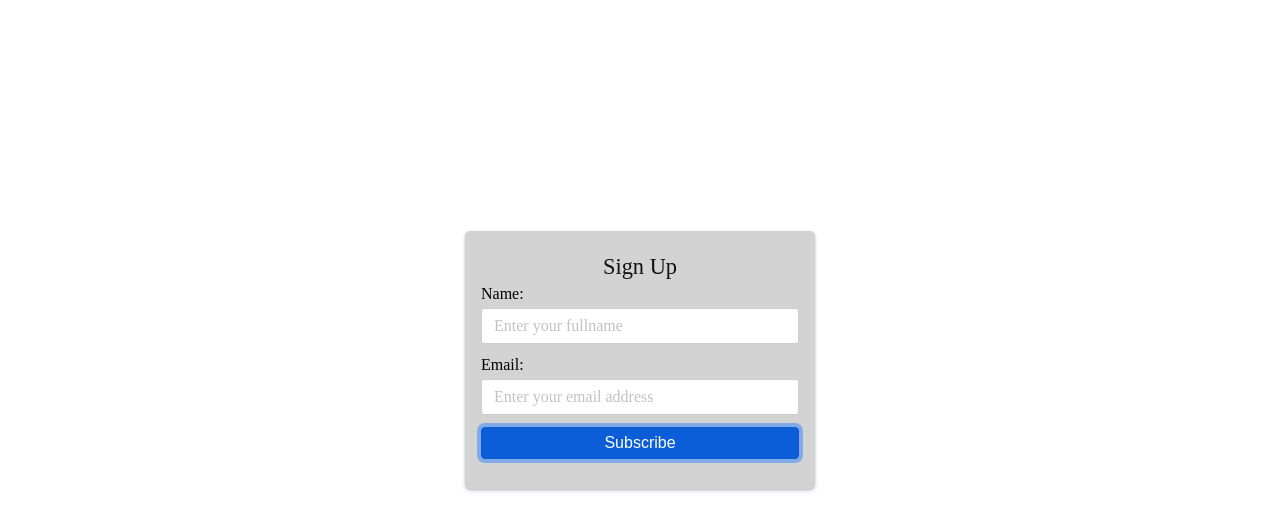
Repository: HoangDuy315/web-dev2022
Page: hw151022/ex2/ex2.2/index.html
An editor plug-in stored every save of this project. The page is shown before and after the next save, followed by the edit.
The browser window is 1280 px wide. The pictures show the whole page.
The first visible `button` has the focus.

Above is the page before, as saved 2022-10-15 15:07:03.

After the next save:
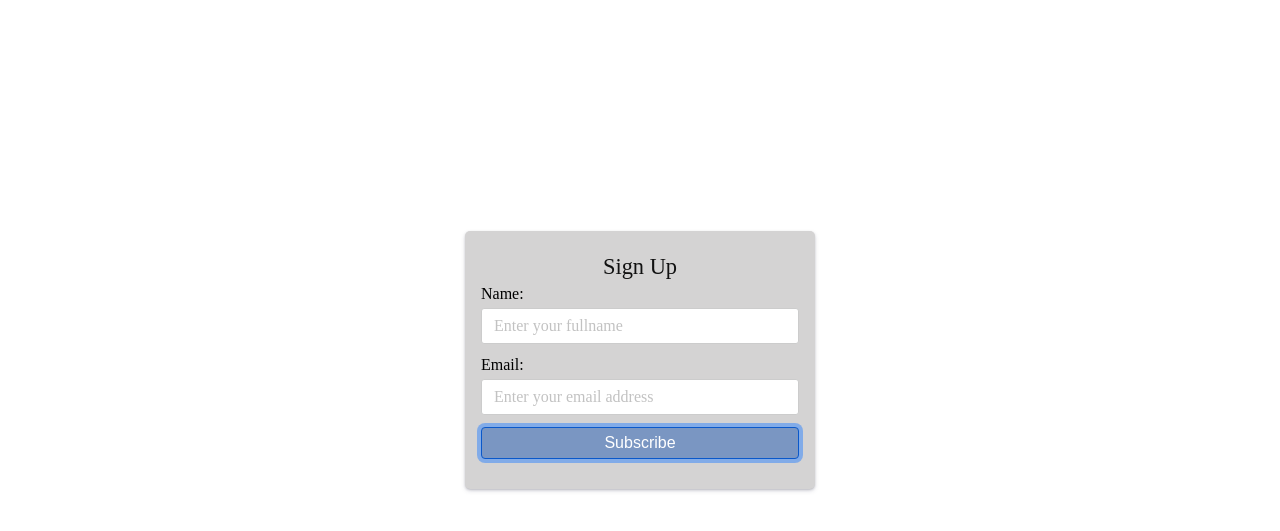
Saved 7 s later.
--- a/hw151022/ex2/ex2.2/index.css
+++ b/hw151022/ex2/ex2.2/index.css
@@ -130,7 +130,7 @@ button:hover {
 button:focus {
   outline: none;
   color: #fff;
-  background-color: #0b5ed7;
+  background-color: #7a96c2;
   border-color: #0a58ca;
   box-shadow: 0 0 0 0.25rem rgb(49 132 253 / 50%);
 }
